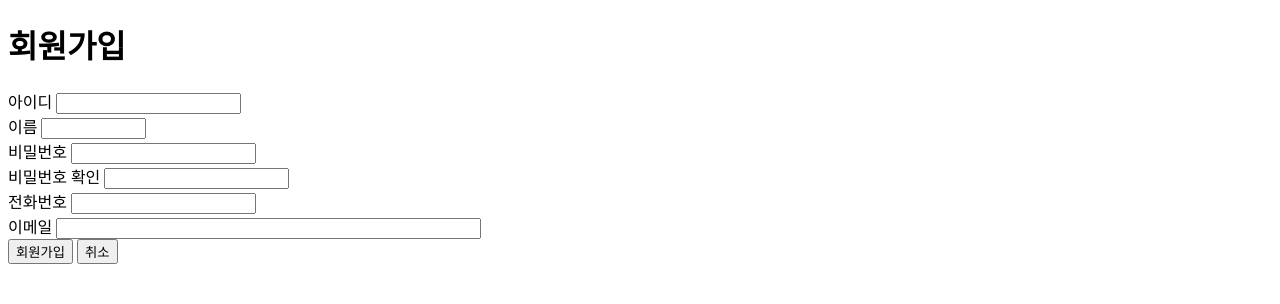
Repository: jsy8315/KOPO_SPRING
Page: http://localhost/jsp_openbanking/join.jsp
These files come from the project's save history. The page is drawn as it stood at one moment and after the next save; the edit follows.
The browser window is 1280 px wide. The pictures show the whole page.
The page is served by Tomcat 10. Other server files are loaded and not shown.

Above is the page before, as saved 2023-07-04 10:48:11.

### jsp_openbanking/src/main/webapp/join.jsp
<%@ page language="java" contentType="text/html; charset=EUC-KR"
    pageEncoding="EUC-KR"%>
<!DOCTYPE html>
<html>
<head>
<meta charset="EUC-KR">
<title>Insert title here</title>
</head>
<body>
<h1>회원가입</h1>
	<form action="join.do" method="post" name="reg_frm">
		아이디&nbsp;<input type="text" name="id" size="20"><br />
		이름&nbsp;<input type="text" name="name" size="10"><br>
		비밀번호&nbsp;<input type="password" name="pw" size="20"><br />
		비밀번호 확인&nbsp;<input type="password" name="pw_check" size="20"><br />
		전화번호&nbsp;<input type="text" name="cp" size="20"><br>
		이메일&nbsp;<input type="text" name="mail" size="50"><br>
		<input type="button" value="회원가입" onclick="infoConfirm()">
			<input type="reset" value="취소" onclick="javascript:window.location='list.jsp'">
	</form>
</body>
</html>

After the next save:
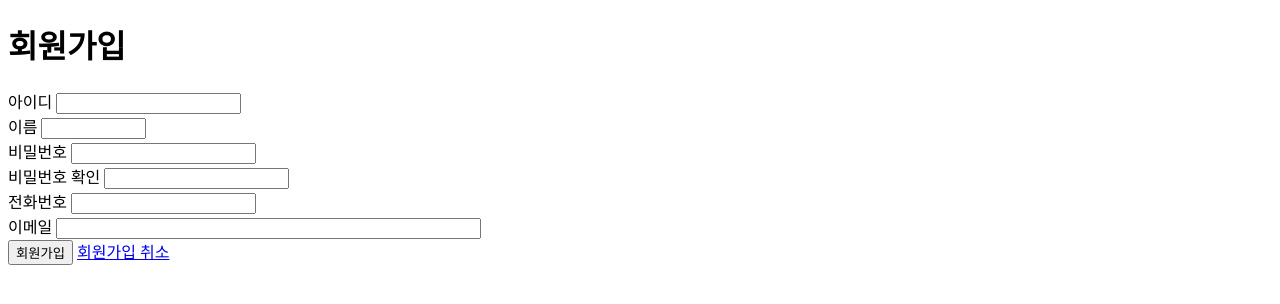
Saved 14 min 50 s later.
--- a/jsp_openbanking/src/main/webapp/join.jsp
+++ b/jsp_openbanking/src/main/webapp/join.jsp
@@ -8,7 +8,7 @@
 </head>
 <body>
 <h1>회원가입</h1>
-	<form action="join.do" method="post" name="reg_frm">
+	<form action="join.do" method="post">
 		아이디&nbsp;<input type="text" name="id" size="20"><br />
 		이름&nbsp;<input type="text" name="name" size="10"><br>
 		비밀번호&nbsp;<input type="password" name="pw" size="20"><br />
@@ -16,7 +16,7 @@
 		전화번호&nbsp;<input type="text" name="cp" size="20"><br>
 		이메일&nbsp;<input type="text" name="mail" size="50"><br>
 		<input type="button" value="회원가입" onclick="infoConfirm()">
-			<input type="reset" value="취소" onclick="javascript:window.location='list.jsp'">
+			<a href="list.do">회원가입 취소</a>
 	</form>
 </body>
 </html>
